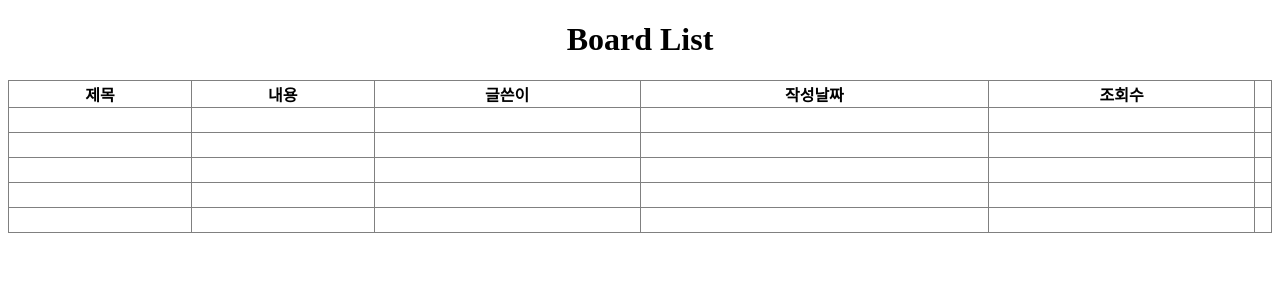
Repository: ByeonYJ/CSSTest
Page: GMSUI/WebContent/board/board_list.html
The author's editor kept a copy of each file at every save. The page is drawn from the files as they stood at one save, then again after the next save.
The browser window is 1280 px wide. The pictures show the whole page.

Above is the page before, as saved 2017-07-19 08:26:26.

### GMSUI/WebContent/board/board_list.html
<!DOCTYPE html>
<html>
<head>
<meta charset="UTF-8">
<title>Insert title here</title>
<style>
.text-center{text-align: center;}
.border-black{border: 1px solid black;}
.width-30pro{width:30%}
.text-deco-none{text-decoration: none;}
.table-border{border-collapse: collapse;}
.margin-auto{margin:0 auto;}
.list-none{list-style-type:none;}
.inline-block{display:inline-block}
.bgcolor-yellow{background-color:yellow;}
.bgcolor-red{background-color:red;}
.bgcolor-blue{background-color:blue;}
</style>
</head>
<body>
<h1 class="text-center">Board List</h1>
	<table border=1 class="table-border" style="width: 100%">
		<tr style="height: 25px;">
			<th class="class="text-center" style="width: 5%>NO</th>
			<th style="width: 20%, text-align: center;">제목</th>
			<th style="width: 36%, text-align: center;">내용</th>
			<th style="width: 15%, text-align: center;">글쓴이</th>
			<th style="width: 15%, text-align: center;">작성날짜</th>
			<th style="width: 9%, text-align: center;">조회수</th>
		</tr>
		<tr style="height: 25px;">
			<td></td>
			<td></td>
			<td></td>
			<td></td>
			<td></td>
			<td></td>
		</tr>
		<tr style="height: 25px;">
			<td></td>
			<td></td>
			<td></td>
			<td></td>
			<td></td>
			<td></td>
		</tr>
		<tr style="height: 25px;">
			<td></td>
			<td></td>
			<td></td>
			<td></td>
			<td></td>
			<td></td>
		</tr>
		<tr style="height: 25px;">
			<td></td>
			<td></td>
			<td></td>
			<td></td>
			<td></td>
			<td></td>
		</tr >
		<tr style="height: 25px;">
			<td></td>
			<td></td>
			<td></td>
			<td></td>
			<td></td>
			<td></td>
		</tr>
	</table>
</body>
</html>

After the next save:
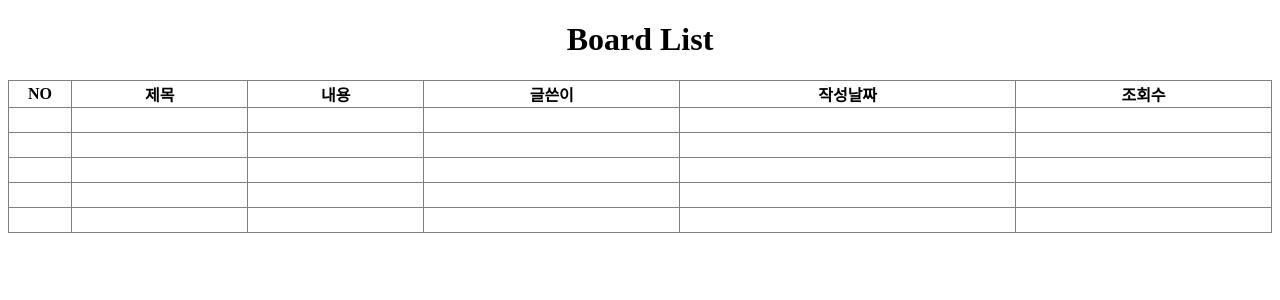
Saved 10 s later.
--- a/GMSUI/WebContent/board/board_list.html
+++ b/GMSUI/WebContent/board/board_list.html
@@ -21,7 +21,7 @@
 <h1 class="text-center">Board List</h1>
 	<table border=1 class="table-border" style="width: 100%">
 		<tr style="height: 25px;">
-			<th class="class="text-center" style="width: 5%>NO</th>
+			<th class="class="text-center" style="width: 5%">NO</th>
 			<th style="width: 20%, text-align: center;">제목</th>
 			<th style="width: 36%, text-align: center;">내용</th>
 			<th style="width: 15%, text-align: center;">글쓴이</th>
